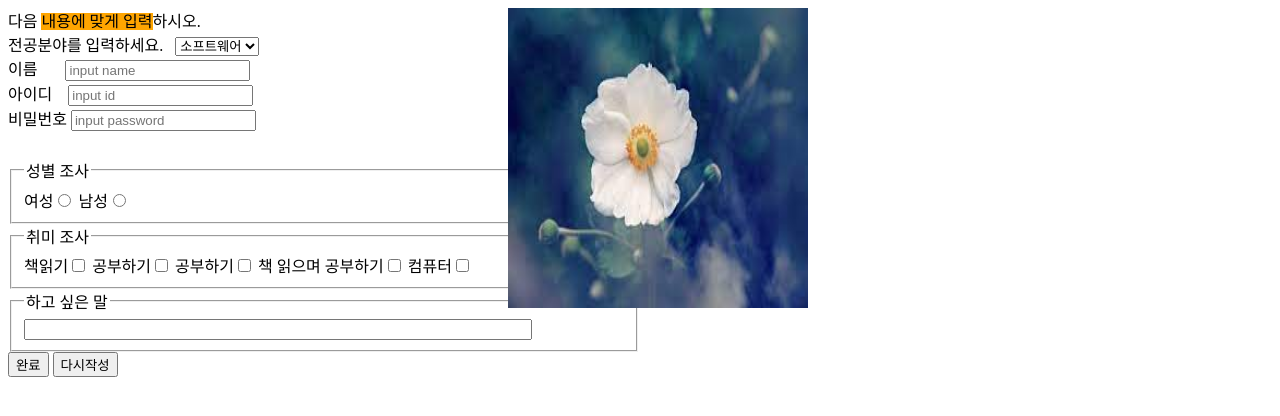
Repository: jwlee0714/HTML
Page: html/quiz-설문조사.html
These files come from the project's save history. The page is drawn as it stood at one moment and after the next save; the edit follows.
The browser window is 1280 px wide. The pictures show the whole page.

Above is the page before, as saved 2021-10-05 09:13:58.

### html/quiz-설문조사.html
<!DOCTYPE html>
<html>
<head>
<meta charset="UTF-8">
<title>Insert title here</title>
</head>
<body>


	<div style="width:500px; height:150px;  float:left;">

		<span >다음</span>
		<span style="background-color:orange;">내용에 맞게 입력</span>하시오.


	<form>
		전공분야를 입력하세요. &nbsp; <select name ="select">
			<option value="p1">소프트웨어
			<option value="p2">하드웨어
			<option value="p3">정보공학
		</select>
		<br>이름&nbsp; &nbsp; &nbsp; &nbsp;<input type="text" name ="name" placeholder="input name"><br>
		아이디 &nbsp; &nbsp;<input type="text" name ="id" placeholder="input id"><br>
		비밀번호 <input type="password" name="pwd" placeholder="input password"><br>
	</form>
	</div>

	<div style="width:500px; height:150px;  float:left;">
	  <img src="img/다운로드.jfif" width="300" height="300">
	</div>



<fieldset style="width:600px;">
		<legend>성별 조사 </legend>
		여성<input type="radio">
		남성<input type="radio">
</fieldset>
<fieldset style="width:600px;">
		<legend>취미 조사 </legend>
		책읽기<input type="checkbox">
		공부하기<input type="checkbox">
		공부하기<input type="checkbox">
		책 읽으며 공부하기<input type="checkbox">
		컴퓨터<input type="checkbox">
</fieldset>
<fieldset style="width:600px;">
		<legend>하고 싶은 말 </legend>
		<input style= width:500px; type="text">
</fieldset>

<form action="quiz-회사소개.html" method="get">
	<input type="submit" value="완료">
	<input type="button" value="다시작성">
</form>

</body>
</html>

After the next save:
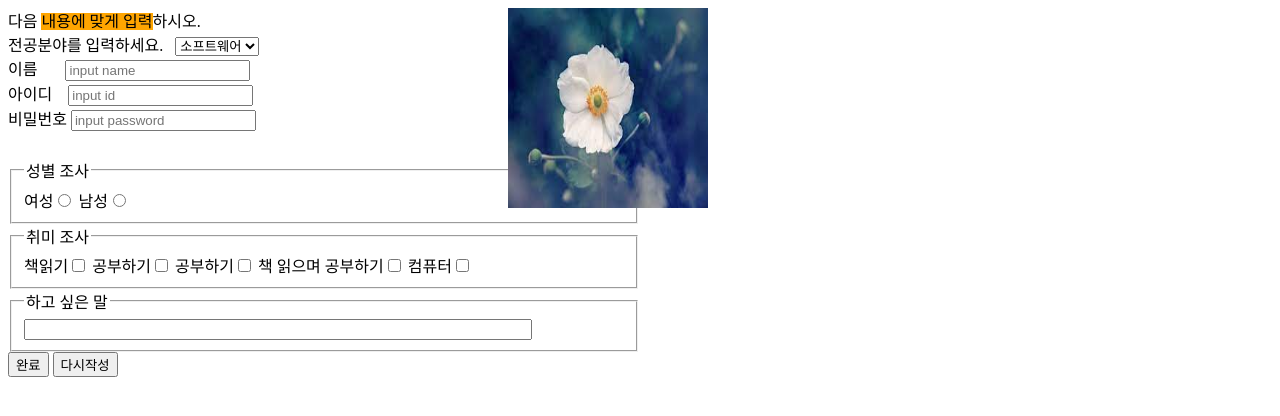
Saved 31 s later.
--- a/html/quiz-설문조사.html
+++ b/html/quiz-설문조사.html
@@ -26,7 +26,7 @@
 	</div>
 
 	<div style="width:500px; height:150px;  float:left;">
-	  <img src="img/다운로드.jfif" width="300" height="300">
+	  <img src="img/다운로드.jfif" width="200" height="200">
 	</div>
 
 
